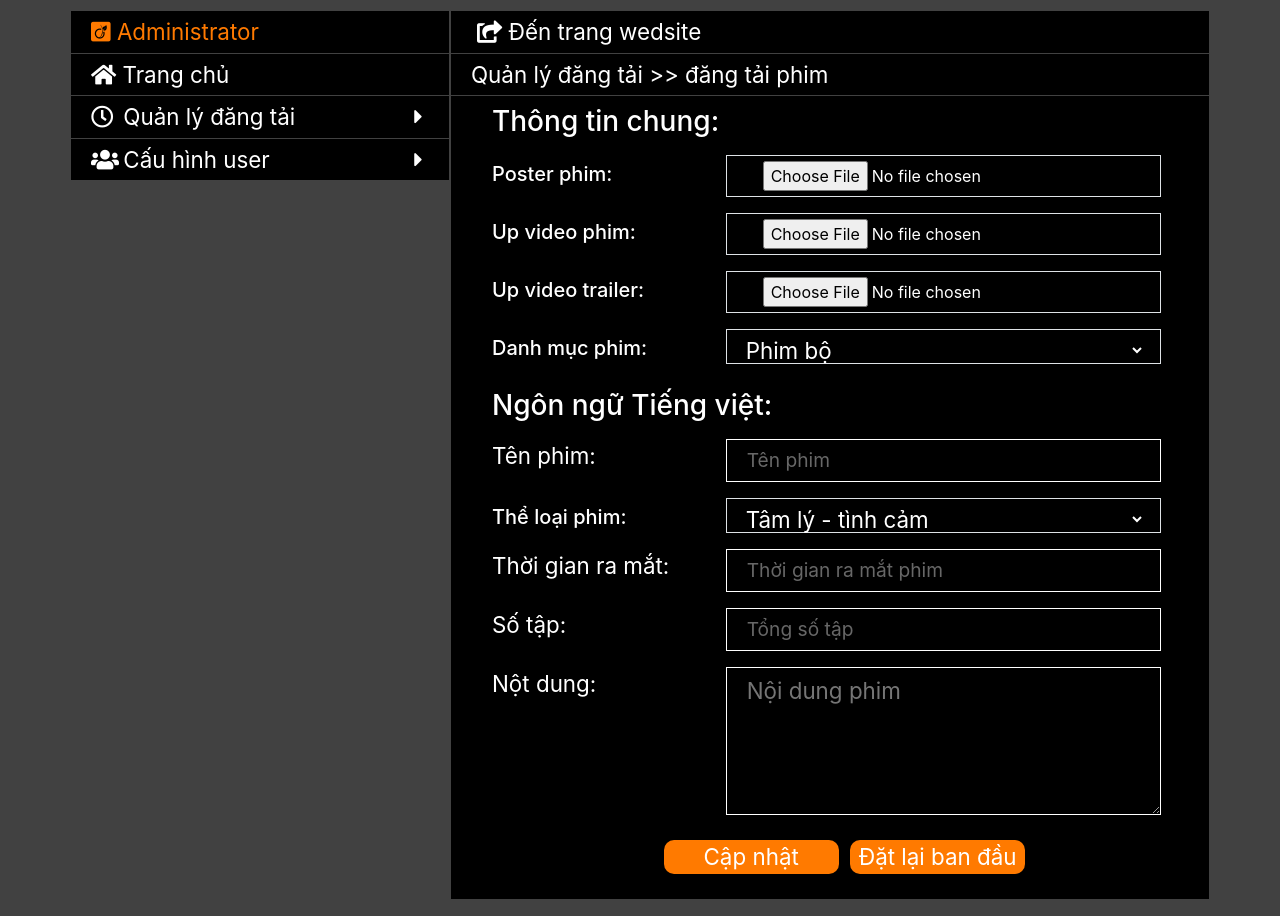
Repository: SonNguyen892002/Lau-Dai-Code
Page: http://localhost/wed-jdbc-1-2023/views/admin/dangtaiphim.jsp
These files come from the project's save history. The page is drawn as it stood at one moment and after the next save; the edit follows.
The browser window is 1280 px wide. The pictures show the whole page.
The page is served by Tomcat 9. Nobody is signed in. The application's start-up code is not run. Other server files are loaded and not shown.

Above is the page before, as saved 2022-01-15 10:19:48.

### workspace/wed-jdbc-1-2023/src/main/webapp/views/admin/dangtaiphim.jsp
<%@ page language="java" contentType="text/html; charset=UTF-8"
	pageEncoding="UTF-8"%>

<%@ include file="header.jsp" %>

<form action="">

	<div class="black p2">
		<h3>Thông tin chung:</h3>

		<div class="row mt">
			<div class="col-xl-4">
				<h5>Poster phim:</h5>
			</div>

			<div class="col-xl-7 border">
				<input class="p2" type="file" name="" id="">
			</div>
		</div>

		<div class="row mt">
			<div class="col-xl-4">
				<h5>Up video phim:</h5>
			</div>

			<div class="col-xl-7 border">
				<input class="p2" type="file" name="" id="">
			</div>
		</div>

		<div class="row mt">
			<div class="col-xl-4">
				<h5>Up video trailer:</h5>
			</div>

			<div class="col-xl-7 border">
				<input class="p2" type="file" name="" id="">
			</div>
		</div>

		<div class="row mt mb">
			<div class="col-xl-4">
				<h5>Danh mục phim:</h5>
			</div>

			<div class="col-xl-7 border">
				<select name="danhmuc" id="">
					<option value="1">Phim bộ</option>
					<option value="2">Phim lẻ</option>
					<option value="3">Phim hoạt hình</option>
					<option value="4">Phim sắp chiếu</option>
				</select>
			</div>
		</div>
	</div>

	<div class="black p2">
		<h3>Ngôn ngữ Tiếng việt:</h3>

		<div class="row mt">
			<div class="col-xl-4">
				<label for="userfim">Tên phim:</label>
			</div>

			<div class="col-xl-7 p0">
				<input type="text" name="" id="userfim" placeholder="Tên phim">
			</div>
		</div>

		<div class="row mt">
			<div class="col-xl-4">
				<h5>Thể loại phim:</h5>
			</div>

			<div class="col-xl-7 border">
				<select name="danhmuc" id="">
					<option value="1">Tâm lý - tình cảm</option>
					<option value="2">Võ thuật</option>
					<option value="3">Phim Thiếu nhi</option>
					<option value="4">Khoa học - viễn tưởng</option>
					<option value="5">Cổ trang</option>
					<option value="6">Kinh dị</option>
					<option value="7">Hài hước</option>
				</select>
			</div>
		</div>

		<div class="row mt">
			<div class="col-xl-4">
				<label for="loock">Thời gian ra mắt:</label>
			</div>

			<div class="col-xl-7 p0">
				<input type="text" name="" id="loock"
					placeholder="Thời gian ra mắt phim">
			</div>
		</div>

		<div class="row mt">
			<div class="col-xl-4">
				<label for="episode">Số tập:</label>
			</div>

			<div class="col-xl-7 p0">
				<input type="text" name="" id="episode" placeholder="Tổng số tập">
			</div>
		</div>

		<div class="row mt mb">
			<div class="col-xl-4">
				<label for="textar">Nột dung:</label>
			</div>

			<div class="col-xl-7 p0">
				<textarea name="" id="textar" rows="4" placeholder="Nội dung phim"></textarea>
			</div>
		</div>

		<div class="row center mt mb">
			<div class="col-xl-3 col-lg-3 col-sm-3 col-3 p0">
				<input type="button" value="Cập nhật">
			</div>

			<div class="col-xl-3 col-lg-3 col-sm-3 col-3 p0">
				<input type="reset" value="Đặt lại ban đầu">
			</div>
		</div>
	</div>

</form>

<script>
	const btnA = document.querySelector('.t');
	btnA.innerHTML = "Quản lý đăng tải >> đăng tải phim";
</script>

<%@ include file="footer.jsp" %>

### workspace/wed-jdbc-1-2023/src/main/webapp/views/admin/header.jsp
<%@ page language="java" contentType="text/html; charset=UTF-8"
    pageEncoding="UTF-8"%>
<!DOCTYPE html>
<html>
<head>
    <meta charset="UTF-8">
    <title>admin</title>
    <link rel="stylesheet" href="./styleadmin.css">
    <link rel="stylesheet" href="../fontawesome-free-5.15.3-web/css/all.min.css">
    <link rel="stylesheet" href="https://cdn.jsdelivr.net/npm/bootstrap@4.6.1/dist/css/bootstrap.min.css">
</head>
<body>

    <div class="container mb">
        <div class="row">

            <div class="col-xl-4 p0">

                <div class="black p2 sz">
                    <i class="fab fa-viadeo-square"></i>
                    Administrator
                </div>

                <div class="black p2">
                    <i class="fas fa-home"></i>
                    Trang chủ
                </div>

                <!-- QUẢN LÝ ĐĂNG TẢI -->
                <div class="black p2">
                    <div id="btn" onclick="Button()" class="row">
                        <div class="col-xl-1">
                            <i class="far fa-clock"></i>
                        </div>

                        <div class="col-xl-9">
                            <span>
                                Quản lý đăng tải
                            </span>
                        </div>

                        <div class="col-xl-2">
                            <span class="a">
                                <i class="fas fa-caret-right"></i>
                            </span>
                        </div>
                    </div>

                    <div id="menu" class="off">
                        <a href="./dangtaiphim.jsp" class="black p2">
                            <i class="fas fa-angle-right"></i>
                            <span>Đăng tải phim</span>
                        </a>

                        <a href="./qlphim.jsp" class="black p2">
                            <i class="fas fa-angle-right"></i>
                            <span>Quản lý phim</span>
                        </a>
                    </div>
                </div>

                <!-- CẤU HÌNH USER -->
                <div class="black p2">
                    <div id="btn" onclick="Button1()" class="row">
                        <div class="col-xl-1 col-lg-1 col-sm-1 col-1">
                            <i class="fas fa-users"></i>
                        </div>

                        <div class="col-xl-9 col-lg-9 col-sm-9 col-9">
                            <span>
                                Cấu hình user
                            </span>
                        </div>

                        <div class="col-xl-2 col-lg-2 col-sm-2 col-2">
                            <span class="a1">
                                <i class="fas fa-caret-right"></i>
                            </span>
                        </div>
                    </div>

                    <div id="menu1" class="off">
                        <a href="./tkadmin.jsp" class="black p2">
                            <i class="fas fa-angle-right"></i>
                            <span>Tài khoản admin</span>
                        </a>

                        <a href="./phanquyen.jsp" class="black p2">
                            <i class="fas fa-angle-right"></i>
                            <span>Phân quyền</span>
                        </a>

                        <a href="./qluser.jsp" class="black p2">
                            <i class="fas fa-angle-right"></i>
                            <span>Quản lý user</span>
                        </a>
                    </div>
                </div>

            </div>

            <div class="col-xl-8 p0">

                <div class="black p2">
                    <a href="#">
                        <i class="fas fa-share-square"></i>
                        Đến trang wedsite
                    </a>
                </div>

                <div class="black p2">
                    <span class="t">Quản lý đăng tải >></span>
                </div>

                <div class="black p2">

### workspace/wed-jdbc-1-2023/src/main/webapp/views/admin/footer.jsp
</div>
            </div>
        </div>

    </div>

    <script>
        const navMenu = document.querySelector('#menu');
        const navMenu1 = document.querySelector('#menu1');
        const navDown = document.querySelector('.a');
        const navDown1 = document.querySelector('.a1');

        function Button() {
            navMenu.classList.toggle('off');
            navDown.classList.toggle('down');
        }

        function Button1() {
            navMenu1.classList.toggle('off');
            navDown1.classList.toggle('down');
        }
    </script>

</body>
</html>

### workspace/wed-jdbc-1-2023/src/main/webapp/decorators/admin/styleadmin.css
:root{
    --color-orange: #FF7A00;
    --color-white: rgb(255, 255, 255);
    --background-black: #000;
}

*{
    padding: 0;
    margin: 0;
    box-sizing: border-box;
}

body{
    background-color: #414141 !important;
    font-size: 62.5%;
    font-family: 'Lato', sans-serif;
}

a{
    color: var(--color-white) !important;
    display: block;
    margin: 0 6px;
    transition: 0.2s;
}

.white{
    background-color: var(--color-white);
    color:rgb(73, 22, 22);
    padding: 6px 16px;
}

.backgr{
    background-color: var(--color-white);
    color:#000 !important;
    border-radius: 8px;
}

.backgr:hover{
    background-color: var(--color-orange);
    color:#fff !important;
}

.p3{
    padding: 2px 6px !important;
}

.p4{
    padding: 0 0 0 6px !important;
}

#btn:hover,
a:hover{
    text-decoration: none !important;
    color: var(--color-orange) !important;
    cursor: pointer;
}

.container{
    margin-top: 10px;
}

.black{
    background-color: var(--background-black);
    color: var(--color-white);
    font-size: 1.4rem;
}

.p0{
    padding: 0 !important;
}

.p2{
    padding: 4px 0 4px 20px;
    margin: 1px !important;
}

.mt{
    margin-top: 16px;
}

.m0{
    margin: 0 !important;
}

.mb{
    margin-bottom: 16px;
}

.mr{
    margin-right: 16px;
}

.sz{
    color: var(--color-orange);
}

.off{
    display: none;
}

.down{
    transform:rotate(90deg);
    display: inline-block;
}

.active{
    color: var(--color-orange) !important;
}

.border{
    border: 1px solid #fff;
}

.border input{
    font-size:1rem;
}

h5{
    transform: translateY(30%);
}

select{
    width: 100%;
    background-color: transparent;
    transform: translateY(14%);
    color: #fff;
    outline: none;
    border: none;
}

select option{
    color: #000;
}

input[type="text"],
input[type="password"],
textarea {
    width: 100%;
    background-color: transparent;
    border: 1px solid #fff;
    color: #fff;
    outline: none;
    padding: 6px 0 6px 20px;
    font-size:1.2rem;
}

input[type="text"]::placeholder{
    color: rgba(255, 255, 255, 0.404);
}

input[type="button"],
input[type="reset"]{
    width: 94%;
    color: var(--color-white);
    background-color: var(--color-orange);
    border-radius:10px;
    outline: none;
    border: none;
}

input[type="checkbox"]{
    transform: translateY(18%);
    width: 26px;
    height: 26px;
}

.ct,
td,th{
    text-align: center !important;
}

.center{
    justify-content: center;
}

table{
    width: 98%;
}

th{
    border: 1px solid rgba(255, 72, 0, 0.5);
    font-size: 1.4rem;
    font-weight: 500;
}

td{
    background: var(--color-white);
    border: 1px solid rgba(255, 72, 0, 0.5);
    color: #000;
    font-weight: 900;
}

#btnPassword{
    position: relative;
}

#btnPassword i{
    transform: translateY(20%);
}

#btnPassword::before{
    content: "";
    position: absolute;
    top: 46%;
    left: -8%;
    width: 80%;
    height: 2px;
    background: var(--color-white);
    display: block;
    transform:rotate(45deg);
}

.b::before{
    display: none !important;
}

Loaded but not shown: workspace/wed-jdbc-1-2023/src/main/webapp/template/icon/fontawesome-free-5.15.3-web/css/all.min.css (library)

After the next save:
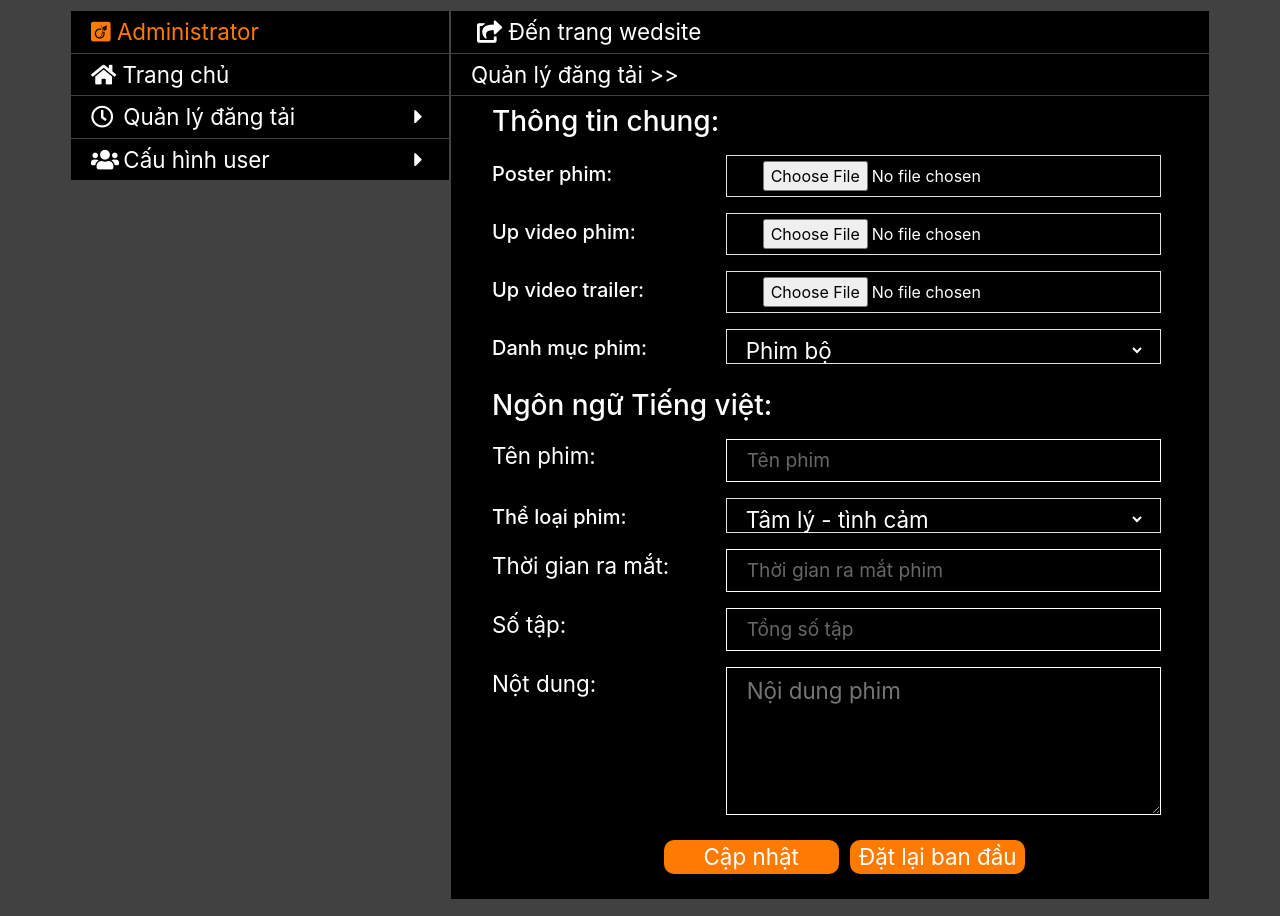
Console error: SyntaxError: Identifier 'btnA' has already been declared
Saved 84 s later.
--- a/workspace/wed-jdbc-1-2023/src/main/webapp/views/admin/dangtaiphim.jsp
+++ b/workspace/wed-jdbc-1-2023/src/main/webapp/views/admin/dangtaiphim.jsp
@@ -131,6 +131,7 @@
 
 <script>
 	const btnA = document.querySelector('.t');
+	const btnA = document.querySelector('.menu a:nth-child(2)');
 	btnA.innerHTML = "Quản lý đăng tải >> đăng tải phim";
 </script>
 

After the save that followed:
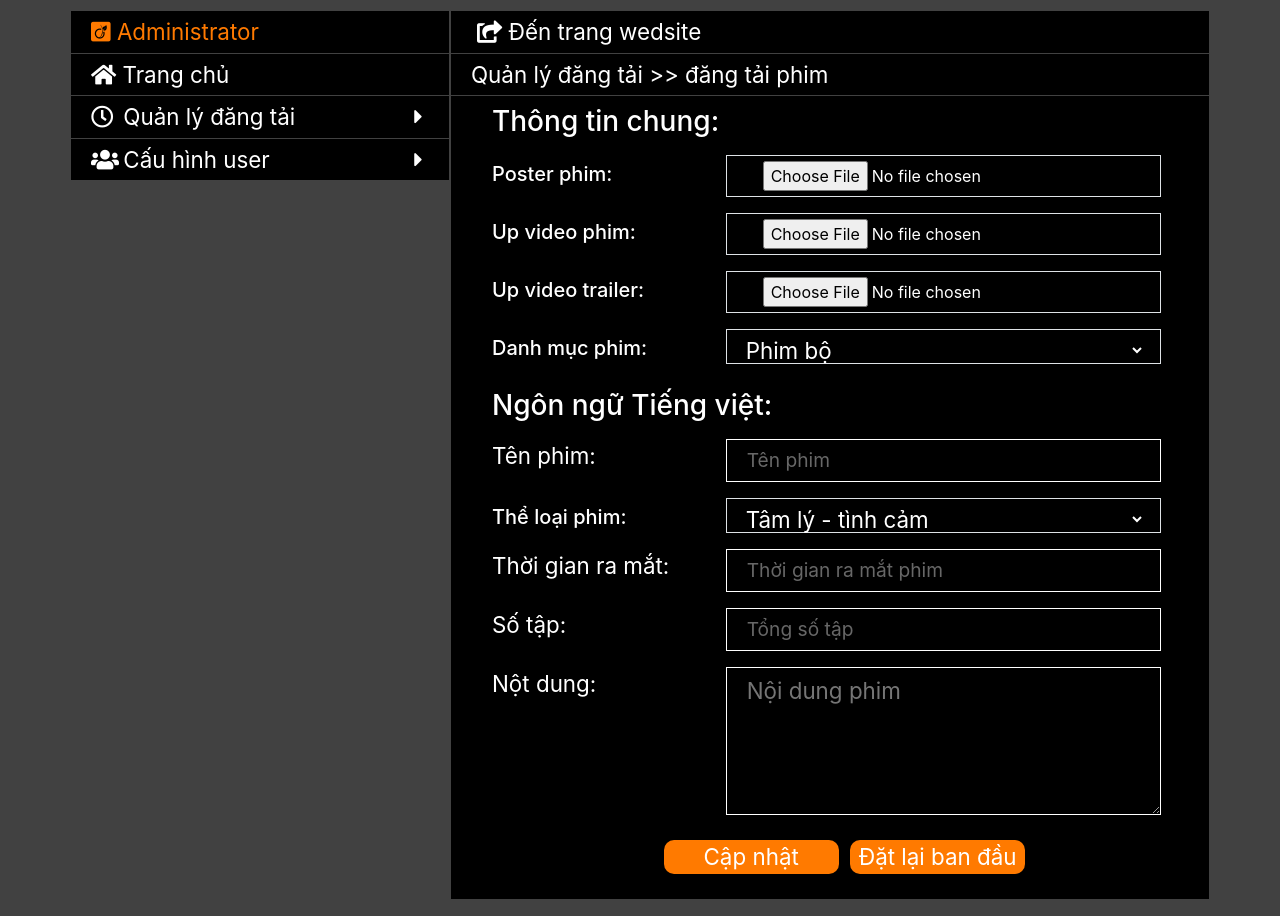
The error is gone.
Saved 34 s later.
--- a/workspace/wed-jdbc-1-2023/src/main/webapp/views/admin/dangtaiphim.jsp
+++ b/workspace/wed-jdbc-1-2023/src/main/webapp/views/admin/dangtaiphim.jsp
@@ -131,7 +131,8 @@
 
 <script>
 	const btnA = document.querySelector('.t');
-	const btnA = document.querySelector('.menu a:nth-child(2)');
+	const btnB = document.querySelector('.menu a:nth-child(2)');
+	console.log('btnB');
 	btnA.innerHTML = "Quản lý đăng tải >> đăng tải phim";
 </script>
 
